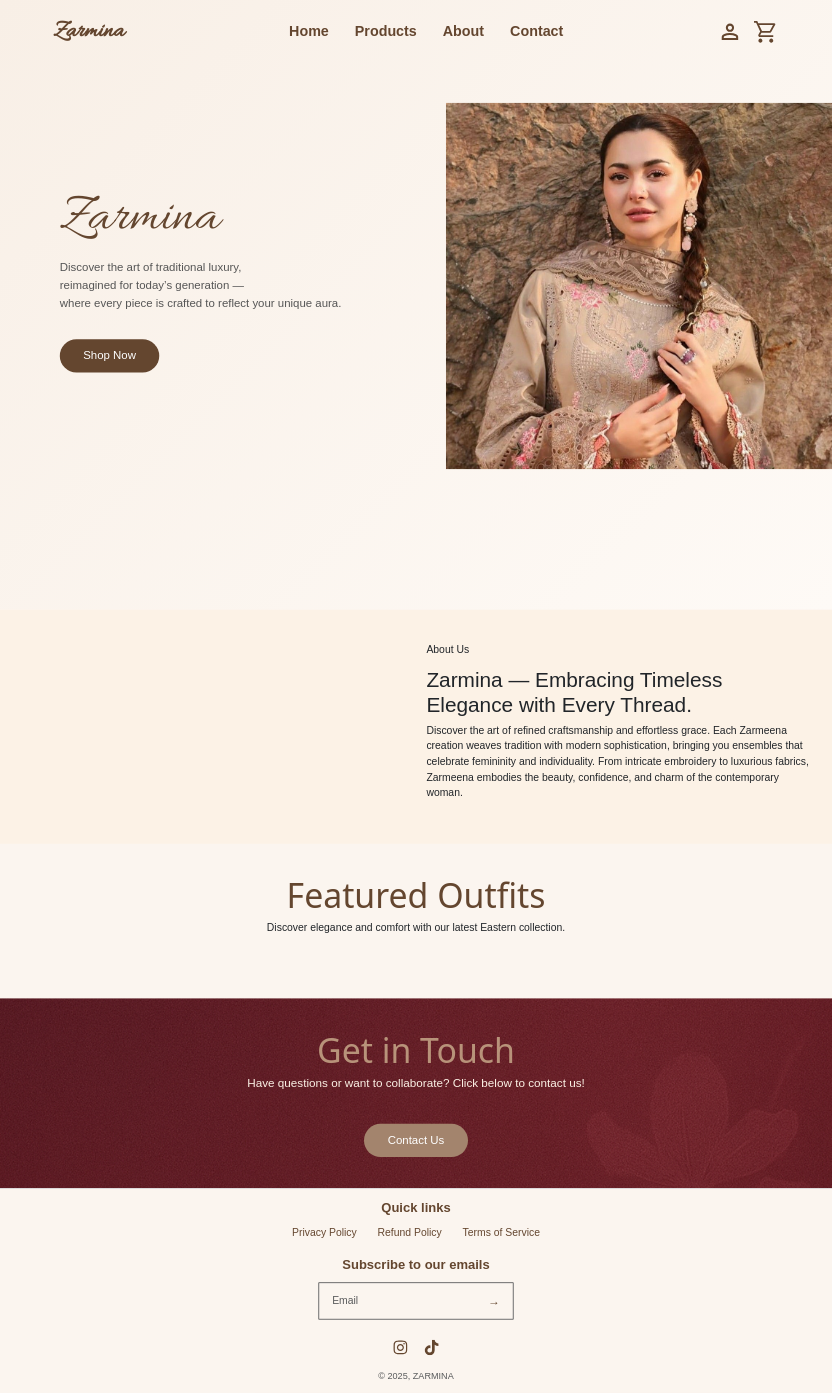
Repository: ayeshatehreem77/Clothing-store
Page: / (app in perfumes-app/)
An editor plug-in stored every save of this project. The page is shown before and after the next save, followed by the edit.
The browser window is 1280 px wide. The pictures show the whole page, at 65% of full size.
Pictures or frames that could not be fetched are drawn as grey boxes. The page's requests for data from a server got no answer. Some web fonts or font styles are not loaded; a fallback is used. The project was rebuilt for these pictures with package versions that can differ from the ones it lists, and the page was loaded fresh each time. No one was signed in, and anything a server would have sent is missing. Also part of the build but not shown: perfumes-app/src/components/Alert.js, perfumes-app/src/components/Reviews.js, perfumes-app/src/components/FeedbackForm.js.

Above is the page before, as saved 2025-11-03 22:33:32.

After the next save:
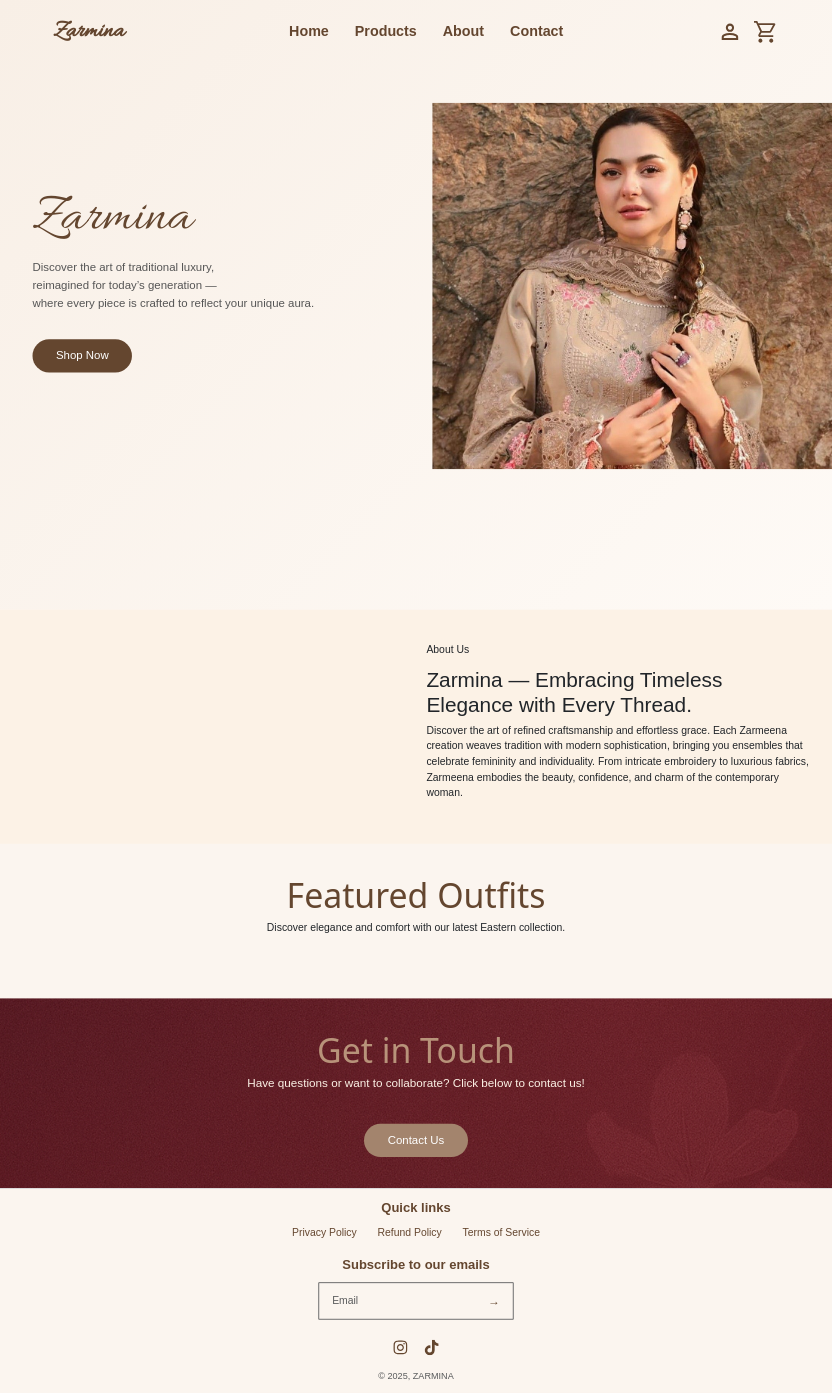
Saved 5 min 7 s later.
--- a/perfumes-app/src/App.css
+++ b/perfumes-app/src/App.css
@@ -61,7 +61,7 @@ button.navbar-toggler {
 .hero-left {
   flex: 1 1;
   position: relative;
-  margin: 133px 0px 0 92px;
+  margin: 133px 0px 0 50px;
 }
 
 .main-image {
